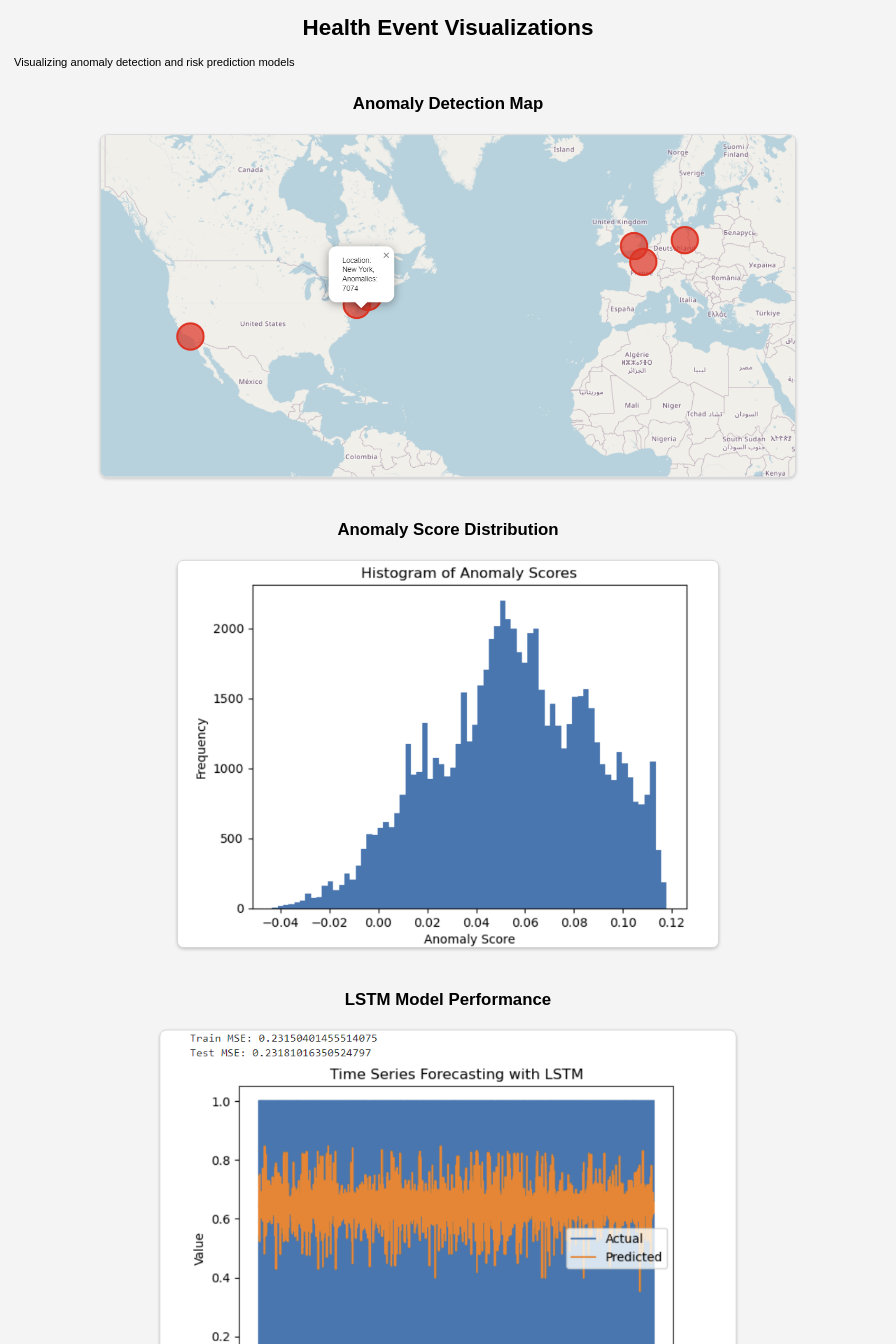
Repository: danieldoh2/ETL_With_Hadoop-Kafka-Spark-Postgres
Page: spark-explore/webpage_visualizations/visualizations_webpage.html
The author's editor kept a copy of each file at every save. The page is drawn from the files as they stood at one save, then again after the next save.
The browser window is 1280 px wide. The pictures show the part of the page from y = 0 to 1920 px (the page is 2819 px tall before and 3827 px after), at 70% of full size.

Above is the page before, as saved 2024-05-09 22:16:06.

### spark-explore/webpage_visualizations/visualizations_webpage.html
<!DOCTYPE html>
<html lang="en">

<head>
    <meta charset="UTF-8">
    <meta name="viewport" content="width=device-width, initial-scale=1.0">
    <title>Health Event Visualizations</title>
    <style>
        body {
            font-family: Arial, sans-serif;
            margin: 20px;
            padding: 0;
            background-color: #f4f4f4;
        }

        h1,
        h2 {
            text-align: center;
        }

        .visualization {
            display: flex;
            flex-direction: column;
            align-items: center;
            margin-bottom: 40px;
        }

        .visualization img {
            max-width: 80%;
            border: 1px solid #ccc;
            box-shadow: 0 2px 5px rgba(0, 0, 0, 0.2);
            border-radius: 10px;
            margin-top: 10px;
        }

        .back-to-top {
            text-align: center;
            margin-top: 20px;
        }
    </style>
</head>

<body>
    <h1>Health Event Visualizations</h1>
    <p>Visualizing anomaly detection and risk prediction models</p>

    <div class="visualization" id="anomaly-map">
        <h2>Anomaly Detection Map</h2>
        <img src="anomaly_map.png" alt="Anomaly Detection Map">
    </div>

    <div class="visualization" id="anomaly-scores">
        <h2>Anomaly Score Distribution</h2>
        <img src="anomaly_scores.png" alt="Anomaly Score Distribution">
    </div>

    <div class="visualization" id="lstm-model">
        <h2>LSTM Model Performance</h2>
        <img src="LSTM_Model_performance.png" alt="LSTM Model Performance">
    </div>

    <div class="visualization" id="predicted-outbreak">
        <h2>Next Predicted Outbreak Event</h2>
        <img src="predicted_outbreak.png" alt="Next Predicted Outbreak Event">
    </div>

    <div class="back-to-top">
        <a href="#top">Back to Top</a>
    </div>
</body>

</html>

After the next save:
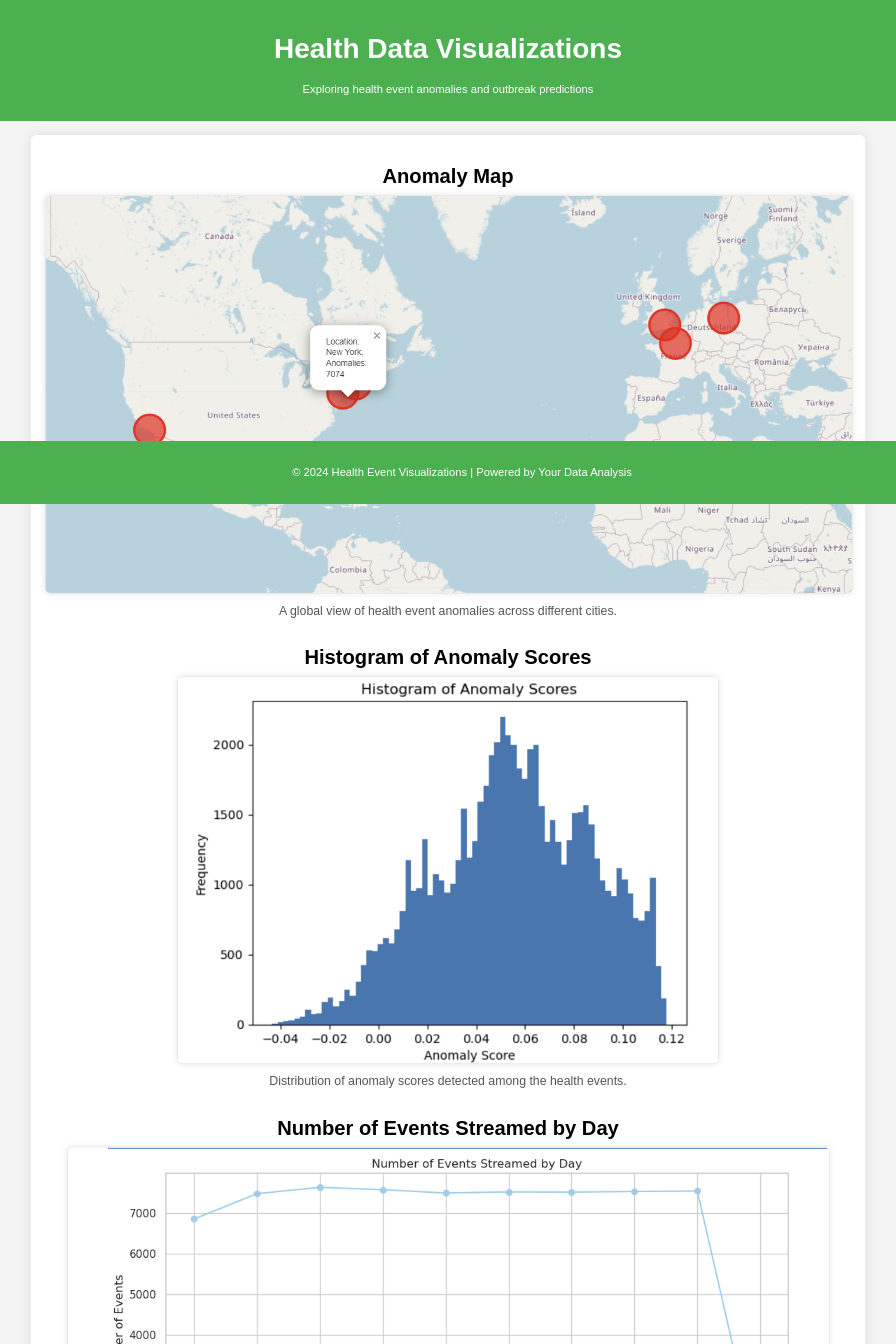
Saved 31 min 33 s later.
--- a/spark-explore/webpage_visualizations/visualizations_webpage.html
+++ b/spark-explore/webpage_visualizations/visualizations_webpage.html
@@ -4,69 +4,116 @@
 <head>
     <meta charset="UTF-8">
     <meta name="viewport" content="width=device-width, initial-scale=1.0">
-    <title>Health Event Visualizations</title>
+    <title>Health Data Visualizations</title>
     <style>
         body {
             font-family: Arial, sans-serif;
-            margin: 20px;
+            margin: 0;
             padding: 0;
             background-color: #f4f4f4;
         }
 
-        h1,
+        header {
+            text-align: center;
+            padding: 20px;
+            background-color: #4CAF50;
+            color: white;
+        }
+
+        h1 {
+            font-size: 2.5em;
+        }
+
         h2 {
+            font-size: 1.8em;
+            margin-bottom: 10px;
+        }
+
+        .container {
+            width: 90%;
+            margin: auto;
+            padding: 20px;
+            background-color: white;
+            box-shadow: 0px 0px 15px rgba(0, 0, 0, 0.1);
+            margin-top: 20px;
+            margin-bottom: 20px;
+            border-radius: 8px;
+        }
+
+        .visualization {
+            margin-bottom: 40px;
             text-align: center;
         }
 
-        .visualization {
-            display: flex;
-            flex-direction: column;
-            align-items: center;
-            margin-bottom: 40px;
+        .visualization img {
+            max-width: 100%;
+            height: auto;
+            border: 1px solid #ddd;
+            border-radius: 8px;
+            box-shadow: 0px 0px 10px rgba(0, 0, 0, 0.1);
         }
 
-        .visualization img {
-            max-width: 80%;
-            border: 1px solid #ccc;
-            box-shadow: 0 2px 5px rgba(0, 0, 0, 0.2);
-            border-radius: 10px;
+        .visualization p {
+            font-size: 1.1em;
             margin-top: 10px;
+            color: #555;
         }
 
-        .back-to-top {
+        footer {
             text-align: center;
-            margin-top: 20px;
+            padding: 20px;
+            background-color: #4CAF50;
+            color: white;
+            position: fixed;
+            bottom: 0;
+            width: 100%;
         }
     </style>
 </head>
 
 <body>
-    <h1>Health Event Visualizations</h1>
-    <p>Visualizing anomaly detection and risk prediction models</p>
 
-    <div class="visualization" id="anomaly-map">
-        <h2>Anomaly Detection Map</h2>
-        <img src="anomaly_map.png" alt="Anomaly Detection Map">
+    <header>
+        <h1>Health Data Visualizations</h1>
+        <p>Exploring health event anomalies and outbreak predictions</p>
+    </header>
+
+    <div class="container">
+        <div class="visualization">
+            <h2>Anomaly Map</h2>
+            <img src="anomaly_map.png" alt="Anomaly Map">
+            <p>A global view of health event anomalies across different cities.</p>
+        </div>
+
+        <div class="visualization">
+            <h2>Histogram of Anomaly Scores</h2>
+            <img src="anomaly_scores.png" alt="Histogram of Anomaly Scores">
+            <p>Distribution of anomaly scores detected among the health events.</p>
+        </div>
+
+        <div class="visualization">
+            <h2>Number of Events Streamed by Day</h2>
+            <img src="eventstreaming.png" alt="Number of Events Streamed by Day">
+            <p>Tracking the count of streamed health events over time.</p>
+        </div>
+
+        <div class="visualization">
+            <h2>Time Series Forecasting with LSTM</h2>
+            <img src="LSTM_Model_performance.png" alt="LSTM Model Performance">
+            <p>Forecasting health event trends with LSTM model predictions.</p>
+        </div>
+
+        <div class="visualization">
+            <h2>Next Predicted Outbreak Event</h2>
+            <img src="predicted_outbreak.png" alt="Predicted Outbreak">
+            <p>Predictions of the next outbreak events based on historical data.</p>
+        </div>
     </div>
 
-    <div class="visualization" id="anomaly-scores">
-        <h2>Anomaly Score Distribution</h2>
-        <img src="anomaly_scores.png" alt="Anomaly Score Distribution">
-    </div>
+    <footer>
+        <p>&copy; 2024 Health Event Visualizations | Powered by Your Data Analysis</p>
+    </footer>
 
-    <div class="visualization" id="lstm-model">
-        <h2>LSTM Model Performance</h2>
-        <img src="LSTM_Model_performance.png" alt="LSTM Model Performance">
-    </div>
-
-    <div class="visualization" id="predicted-outbreak">
-        <h2>Next Predicted Outbreak Event</h2>
-        <img src="predicted_outbreak.png" alt="Next Predicted Outbreak Event">
-    </div>
-
-    <div class="back-to-top">
-        <a href="#top">Back to Top</a>
-    </div>
 </body>
 
 </html>
